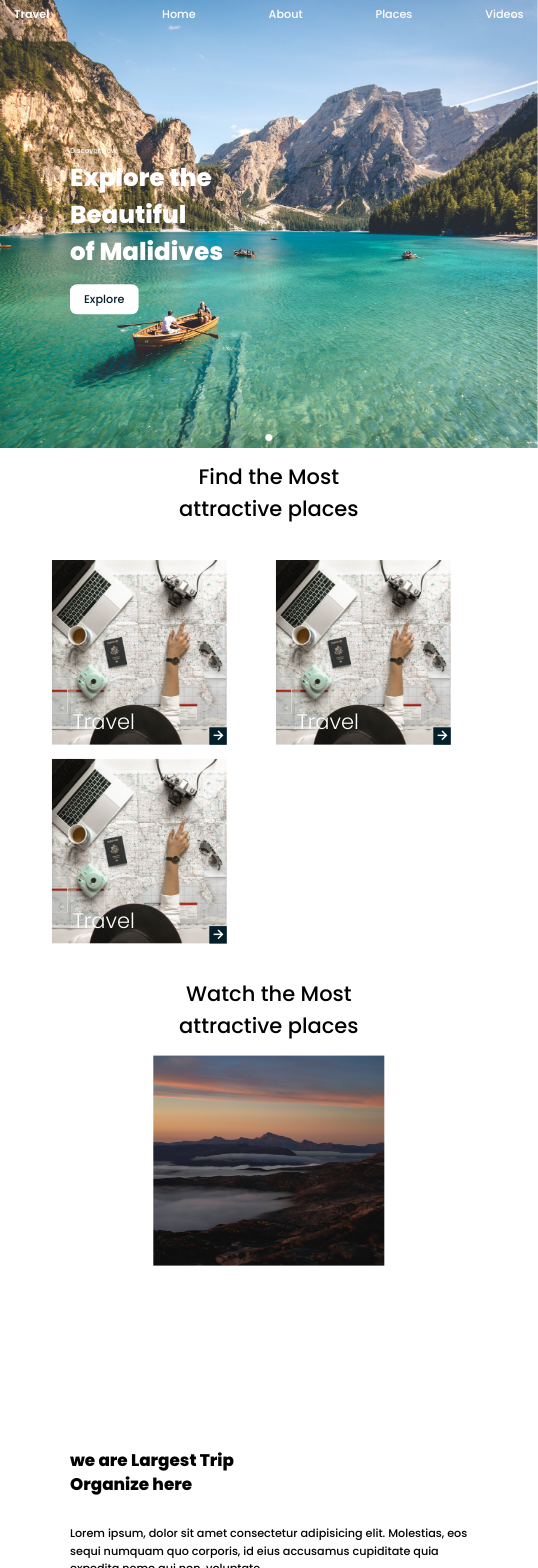
Repository: OmniaRafat232111121/Traveling
Page: index.html
These files come from the project's save history. The page is drawn as it stood at one moment and after a run of saves; the edit follows.
The browser window is 768 px wide. The pictures show the part of the page from y = 0 to 2240 px (the page is 4003 px tall), at 70% of full size.

Above is the page before, as saved 2022-12-20 13:39:09.

### index.html
<!DOCTYPE html>
<html lang="en">
<head>
    <meta charset="UTF-8">
    <meta http-equiv="X-UA-Compatible" content="IE=edge">
    <meta name="viewport" content="width=device-width, initial-scale=1.0">
    <title>Travel Css</title>
    <link rel="stylesheet" href="css/style.css">
    <!--swiper-->
       <link
  rel="stylesheet"
  href="https://cdn.jsdelivr.net/npm/swiper@8/swiper-bundle.min.css"
/>
<!--Box icon-->
 <link rel="stylesheet"
  href="https://cdn.jsdelivr.net/npm/boxicons@latest/css/boxicons.min.css">
</head>
<body>
    <!--navbar start-->
    <header class="header">
        <div class="logo">
        <a href="index.html" >Travel</a>
        </div>
        <!-- <div class="bx bx-menu" id="menu-icon"></div> -->
        <i class='bx bx-menu'  id="menu-icon"></i>
        <nav>
            <ul>
                <li><a href="index.html">Home</a></li>
                <li><a href="#about">About</a></li>
                <li><a href="#places">Places</a></li>
                <li><a href="#viedos">Videos</a></li>
            </ul>
        </nav>

    </header>
   <!--navbar end-->
   <!--home start-->
   <section class="home swiper" id="home">
   <div class="swiper-wrapper">
        <div class="swiper-slide container">
            <img src="./imgs/travel1.jpg" alt="travel"/>
            <div class="home-text">
                <span>Discover now</span>
                <h1>Explore the <br>Beautiful<br> of Malidives</h1>
                <a href="#" class="btn"> Explore</a>
            </div>
        </div>

        <div class="swiper-slide container">
            <img src="./imgs/dessert.jpg" alt="travel"/>\
            <div class="home-text">
                <span>Discover now</span>
                <h1>Explore the <br>Beautiful<br> of Malidives</h1>
                <a href="#" class="btn"> Explore</a>
            </div>
        </div>
        <div class="swiper-slide container">
            <img src="./imgs/travel3.jpg" alt="travel"/>
            <div class="home-text">
                <span>Discover now</span>
                <h1>Explore the <br>Beautiful<br> of Malidives</h1>
                <a href="#" class="btn"> Explore</a>
            </div>
        </div>

      </div>
    <div class="swiper-pagination"></div>
   </section>
   <!--home end-->

   <!--places start-->
   <section class="places" id="places">
    <div class="heading">
        <h1>Find the Most <br>attractive places</h1>
        <div class="places-container">
            <div class="box">
                <div class="place-image">
                   <img  src="./imgs/p1.jpg" alt="image" />
                </div>
                <div class="place-heading">
                    <h2>Travel</h2>
                </div>
                <i class='bx bx-right-arrow-alt place-icon'></i>

            </div>
            <div class="box">
                <div class="place-image">
                   <img  src="./imgs/p1.jpg" alt="image" />
                </div>
                <div class="place-heading">
                    <h2>Travel</h2>
                </div>
                <i class='bx bx-right-arrow-alt place-icon'></i>

            </div>
            <div class="box">
                <div class="place-image">
                   <img  src="./imgs/p1.jpg" alt="image" />
                </div>
                <div class="place-heading">
                    <h2>Travel</h2>
                </div>
                <i class='bx bx-right-arrow-alt place-icon'></i>

            </div>

        </div>

    </div>

   </section>

   <!--places ends-->

   <section class="Videos" id="Videos">
    <div class="heading">
        <h1>Watch the Most <br>attractive places</h1>
        </div>
     <div class="image-container">
            <img src="./imgs/rose.jpg" at="image"/>
</div>
    </div>

   </section>
   <section class="about">
     <div class=" about-heading">
        <h2>we are Largest Trip <br>Organize here</h2>
        <p>Lorem ipsum, dolor sit amet consectetur adipisicing elit. Molestias, eos sequi numquam quo corporis, id eius accusamus cupiditate quia expedita nemo qui non, voluptate
            </p>
   <a href="index.html" class="btnn">Explore Now</a>
            </div>
   <div class="about-image">
    <img src="./imgs/p2.jpg" alt="image2"/>

   </div>

   </section>


   <section class="footer">
    <div class="footer-box">
        <h3>Travel</h3>
        <p>Lorem ipsum dolor sit amet, consectetur adipisicing elit. Molestiae eius maiores officia sed aliquid dicta dolore inventore numquam? Suscipit, quod!</p>
    <div class="social-icons">
        <a href="#"><i class='bx bxl-twitter'></i></a>
       <a href="#"><i class='bx bxl-facebook'></i></a>
       <a href="#"><i class='bx bxl-instagram'></i></a>
       <a href="#"><i class='bx bxl-linkedin-square' ></i></a>
    </div>
    </div>
     <div class="footer-box">
        <h3>Services</h3>
        <li><a href="#">Product</a></li>
         <li><a href="#">Help&support</a></li>
         <li><a href="#">Pricing</a></li>
         <li><a href="#">FAQ</a></li>

     </div>
     <div class="footer-box">
        <h3>Offices</h3>
        <li><a href="#">Pakistan</a></li>
         <li><a href="#">Japan</a></li>
        <li><a href="#">Italy</a></li>
         <li><a href="#">United States</a></li>

     </div>
      <div class="footer-box">
        <h3>Contact Us</h3>
        <li><a href="#">About Us</a></li>
         <li><a href="#">Our Team</a></li>
        <li><a href="#">Our blog</a></li>
         <li><a href="#">Customers</a></li>

     </div>
   </section>
<!--swiper-->
<script src="https://cdn.jsdelivr.net/npm/swiper@8/swiper-bundle.min.js"></script>
<!--custom js-->
<script src="main.js"></script>
</body>
</html>

### css/style.css
@import url('https://fonts.googleapis.com/css2?family=Be+Vietnam+Pro:wght@100&family=Inter:wght@100;300;400;500;600&family=Montserrat:wght@400;700&family=Nunito:ital,wght@0,200;0,300;1,200&family=Open+Sans:ital,wght@0,300;0,600;0,700;1,300&family=Poppins:ital,wght@0,200;0,300;0,500;0,600;0,800;0,900;1,100;1,200;1,300;1,500&family=Work+Sans:ital,wght@0,100;0,200;0,400;0,500;1,200;1,300&display=swap');
*{
    padding:0;
    margin:0;
    box-sizing: border-box;
    font-family: Poppins,'sans-serif';
    scroll-behavior: smooth;
}
:root{
    --text-color:#021f2a;
    --bf-color:#fff;
}
li{
    list-style: none;
}
a{
    text-decoration: none;
}
header{
    position:fixed;
    width:100%;
    top:0;
    left:0;
    right:0;
    display:flex;
    align-items: center;
    justify-content: space-between;
    padding:10px 20px;
    transition: 0.3s;
    z-index:10000;
    color:#021f2a;
}
header.shadow{
    background: #021f2a;
    box-shadow: 0 0 4px rgb(14 55 54 / 15%);

}
header  .logo a{
 color:#fff;
position: relative;
top:-2px;
}
header  nav ul li a{
 color:#fff;
position: relative;
top:-2px;
}
@media(max-width:700px){
    nav ul li a{
        display:none;
    }
    #menu-icon{
        display:block;
    }
}
nav ul li{
    display:inline-block;
    margin-left: 100px;

}
nav ul li a{
    color:#fff;
}
.logo a{
    font-size: 1rem;
    font-weight: 600;
    color:var(--bf-color)
}
nav ul li {
    position: relative;
}
nav ul li a::after{
    content:" ";
    width:0%;
    height:2px;
    background-color:#fff;
    position: absolute;
    bottom: -3px;
    left:0;
    transition: 0.3s;

}
nav ul li a:hover::after{
 width:50px;
}

#menu-icon{
    display:none;
    cursor: pointer;
    z-index:10001;

}
.container{
    position:relative;
    width:100%;
    min-height:640px ;
    display: flex;
    align-items: center;
}
.container img{
    position: absolute;
    width:100%;
    height:100%;
    object-fit: cover;
}
.swiper-pagination-bullet{
padding:5px;
 background:var(--bf-color);
}
/* .swiper-pagination-bullet-active{
    background:var(--bf-color);
} */
span.swiper-pagination-bullet.swiper-pagination-bullet-active.swiper-pagination-bullet-active-main {
    background: #fff;
}
.home-text{
    z-index:20001;
    padding:0px 100px;
}
.home-text span{
    color:#fff;
    font-size: 10px;
}
.home-text h1{
    font-weight: 700;
    font-size: 35px;
    color:#fff;
     margin-bottom: 30px;
}
.home-text h1:hover{
    color:var(--text-color);
    transition: 0.3s linear;
}
.btn{
    background-color: var(--bf-color);
    color:var(--text-color);
    padding:10px 20px;
    border-radius: 10px;
    margin-top: 70px;
    font-weight: 500;
}
.btn:hover{
    color: var(--bf-color);
    background-color:var(--text-color);
}

.heading{
    text-align: center;
}
.heading h1{
    font-weight: 500;
    padding:20px;
    font-size: 30px;
}
.places-container{
    display:grid;
    grid-template-columns: repeat(auto-fill,minmax(300px,auto));
    gap:20px;
    padding:30px;
    justify-content: center;
}
.places-container .box{
    position:relative;
}
.box .place-image{
    width:250px;
    height:100%;
    overflow: hidden;
}
.places-container .box .place-image img{
    width:100%;
    height:100%;
}
 .box .place-image img:hover{
    transform: scale(1.1);
    transition: 0.3s;
}
.place-heading {
position:absolute;
bottom:10px;
}
.place-heading h2{
    font-weight: 300;
    font-size: 30px;
    color:var(--bf-color);
    margin-left:30px;

}
.place-icon{
    position:absolute;
    bottom:0px;
    right:50px;
    color:var(--bf-color);
    background-color: var(--text-color);
    font-size: 25px;
    cursor: pointer;
}
.place-icon:hover{
    background-color:var(--bf-color);
    color: var(--text-color);
}
/*viedos*/
.image-container{
    display:flex;
    align-items: center;
    justify-content: center;
}
.image-container img{
    width:330px;
    height:300px;
}
/*about*/
.about{
    display:grid;
    grid-template-columns: repeat(auto-fill,minmax(300px,auto));
    gap:150px;
    padding:100px;
    justify-content: center;
    margin-top: 40px;
}
.about-image img{
    max-width:100%;
    width:100%;
    overflow: hidden;
}
.about-heading h2{
margin-top:120px;
}
.about-heading p{
    margin-top:40px;
    font-size: 16px;
     margin-bottom: 50px;
}
.btnn{
   background-color:var(--text-color);
    color: var(--bf-color);
    padding:10px 30px;
    font-weight: 500;
    margin-top: 50px;
}
.btnn:hover{
background-color: var(--bf-color);
color:var(--text-color);
}
.footer{
      display:grid;
    grid-template-columns: repeat(auto-fill,minmax(200px,auto));
    gap:60px;
    padding:100px;
    justify-content: center;
    background-color: #021f2a;

}
.footer-box h3{
   color: #3d7c94;
    margin-bottom: 10px;

}
.footer .footer-box li a{
    color:#fff;

}
.footer .footer-box li a:hover{
    padding-left:10px;
}
.footer-box p{
    color:#fff;
    font-size: 12px;
    margin-top: 10px;
}
.social-icons i{
    color:#021f2a;
    background-color: #fff;
    padding:10px;
    border-radius: 10px;
    margin-top: 10px;

}
.social-icons i:hover{
    background-color:#021f2a;
   color: #fff;
}
/*responsive*/
@media(max-width:991px){

}

### main.js
//header scroll
let header = document.querySelector('header');
window.addEventListener('scroll', () => {
    header.classList.toggle('shadow',window.scrollY > 0)
})


//swiper
var swiper = new Swiper(".home", {
       loop: true,
       grabCursor:true,
       pagination: {
          el: ".swiper-pagination",
          dynamicBullets: true,
        },
});

After the next 2 saves:
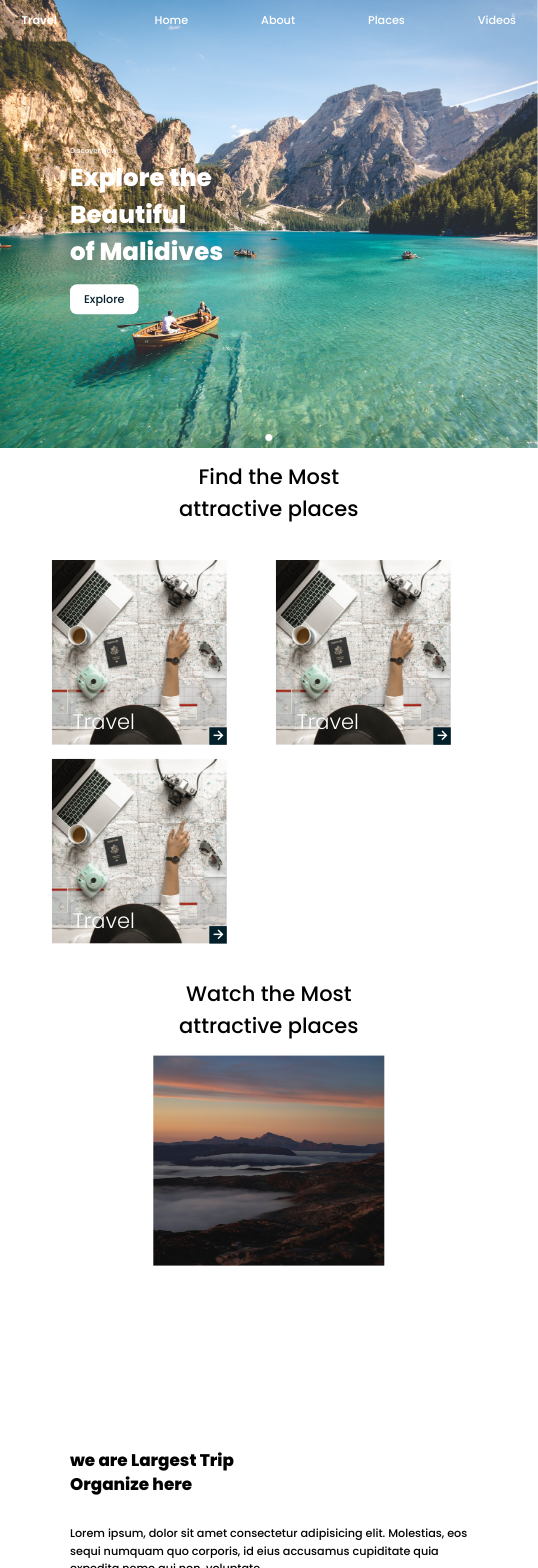
The 2 saves are shown as one change because they came seconds apart.
The last was saved 12 s later.
--- a/css/style.css
+++ b/css/style.css
@@ -282,5 +282,7 @@ color:var(--text-color);
 }
 /*responsive*/
 @media(max-width:991px){
-
-}
+    header{
+        padding:18px 4%;
+    }
+}
